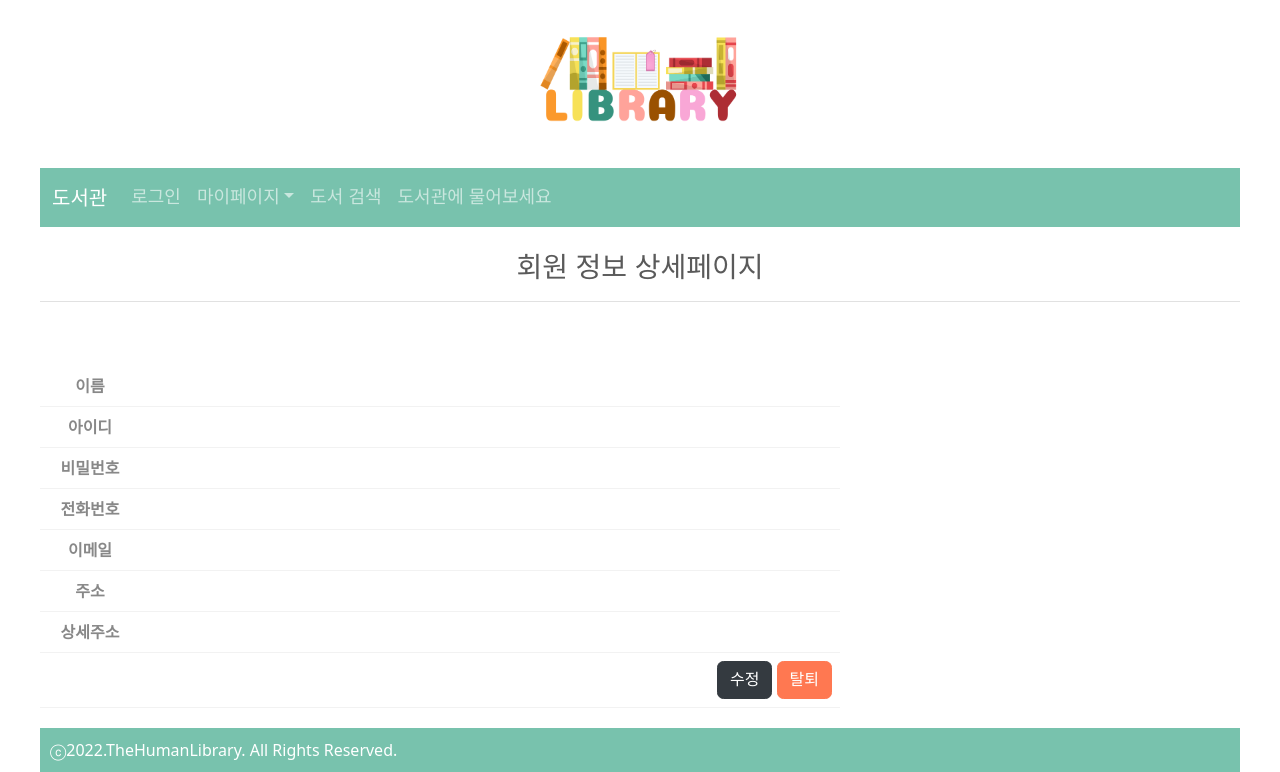
Repository: ahnbin00/Library
Page: http://localhost/BookRental/WEB-INF/book/manageMember.jsp
These files come from the project's save history. The page is drawn as it stood at one moment and after the next save; the edit follows.
The browser window is 1280 px wide. The pictures show the whole page.
Some web fonts or font styles are not loaded; a fallback is used. Some web libraries are served in a nearby version. The page is served by Tomcat 9. Nobody is signed in. Other server files are loaded and not shown. The template is opened directly, without the code that normally fills it, so the values that code supplies are empty.

Above is the page before, as saved 2022-12-22 07:39:12.

### BookRental/src/main/webapp/WEB-INF/book/manageMember.jsp
<%@ page language="java" contentType="text/html; charset=UTF-8"
    pageEncoding="UTF-8"%>
<!DOCTYPE html>
<html>
<head>
<meta charset="UTF-8">
<link rel="stylesheet"
   href="resources/bootstrap.css">
   <link rel="stylesheet" href="https://cdn.jsdelivr.net/npm/bootstrap-icons@1.7.1/font/bootstrap-icons.css">
<title>회원 정보 상세페이지</title>

<style type="text/css">
@import url('https://fonts.googleapis.com/css2?family=Jua&display=swap');
body
{
  margin: 0 auto;
  width: 300px;
}
</style>
</head>
<body style="width:1200px; text-align:center; margin: 0 auto;" >
	   <header>
      <h1 style="text-align: center; padding-top: 30px; padding-bottom: 30px;"><img alt="로고" src="resources/logo.png" width="200px" height="100px"></h1>
   </header>
   <nav>
   <%@ include file="/WEB-INF/book/banner.jsp" %>
   </nav>
   <br>
	<h3>회원 정보 상세페이지</h3>
	<hr>
	<div align="left">
		<br><br>
	</div>
	<table class="table" style="width: 800px;align-content: center;">
		<tr>
			<th scope="row" width="100px">이름</th>
			<td>${member.name} </td>
		</tr>
		<tr>
	      	<th scope="row">아이디</th>
	      	<td>${member.id }</td>
    	</tr>
    	<tr>
	      	<th scope="row">비밀번호</th>
	      	<td>${member.password }</td>
    	</tr>
    	<tr>
    		<th scope="row">전화번호</th>
	      	<td>${member.phone }</td>
    	</tr>
    	<tr>
    		<th scope="row">이메일</th>
	      	<td>${member.mail }</td>
    	</tr>
    	<tr>
    		<th scope="row">주소</th>
	      	<td>${member.address2 }</td>
    	</tr>
    	<tr>
    		<th scope="row">상세주소</th>
	      	<td>${member.address_detail }</td>
    	</tr>
    	<tr>
    		<th></th>
    		<td align="right">
    			<button type="button" class="btn btn-dark" onclick="location.href='getMemberManage.do?id=${member.id }'">수정</button>
	    		<button type="button" class="btn btn-danger" onclick="location.href='deleteMemberManage.do?id=${member.id }'">탈퇴</button>
	    	</td>
    	</tr>
	</table>
	</div>

	<%@ include file="/WEB-INF/book/footer.jsp" %>
</body>
</html>

### BookRental/src/main/webapp/WEB-INF/book/banner.jsp
<%@ page language="java" contentType="text/html; charset=UTF-8"
   pageEncoding="UTF-8"%>
<%@ taglib prefix="c" uri="http://java.sun.com/jsp/jstl/core" %>
<!DOCTYPE html>
<html>
<head>
<meta charset="UTF-8">
<link rel="stylesheet"
   href="../resources/bootstrap.css">
   <script src="https://cdn.jsdelivr.net/npm/bootstrap@5.2.2/dist/js/bootstrap.bundle.min.js" integrity="sha384-OERcA2EqjJCMA+/3y+gxIOqMEjwtxJY7qPCqsdltbNJuaOe923+mo//f6V8Qbsw3" crossorigin="anonymous"></script>
<title>상단 메인 배너</title>
<style type="text/css">
@import url('https://fonts.googleapis.com/css2?family=Jua&display=swap');
body ul, a{
font-family: 'Jua', sans-serif;
}
</style>
</head>
<body style="width:1200px;">
<nav class="navbar navbar-expand-lg navbar-dark bg-primary">
  <div class="container-fluid">
    <a class="navbar-brand" href="index.do">도서관</a>
    <button class="navbar-toggler" type="button" data-bs-toggle="collapse" data-bs-target="#navbarColor01" aria-controls="navbarColor01" aria-expanded="false" aria-label="Toggle navigation">
      <span class="navbar-toggler-icon"></span>
    </button>
    <div class="collapse navbar-collapse" id="navbarColor01">
      <ul class="navbar-nav me-auto">
        <li class="nav-item">
        <c:choose>
         <c:when test="${empty id }">
            <a class="nav-link" href="login.do" style="font-size:18px">로그인
            <span class="visually-hidden">(current)</span>
             </a>
         </c:when>
         <c:otherwise>
             <a class="nav-link" href="logout.do" style="font-size:18px">로그아웃
             <span class="visually-hidden">(current)</span>
             </a>
         </c:otherwise>
         </c:choose>
         <c:if test="${id eq 'admin' }">
        	<li class="nav-item">
			<a class="nav-link" href="getMemberList.do">회원 관리</a>
			</li>
			<li class="nav-item">
			<a class="nav-link" href="getBookListManage.do">도서 관리</a>
			</li>
			<li class="nav-item">
			<a class="nav-link" href="getRentalList.do">대여 현황</a>
			</li>
			<li class="nav-item">
			<a class="nav-link" href="getQnaListManage.do">도서관에 물어보세요</a>
			</li>
         </c:if>
        </li>
        <c:if test="${id ne 'admin' }">
        <li class="nav-item dropdown">
          <a class="nav-link dropdown-toggle" data-bs-toggle="dropdown" role="button" aria-haspopup="true" aria-expanded="false" style="font-size:18px">마이페이지</a>
          <div class="dropdown-menu">
             <c:choose>
             <c:when test="${empty id }">
             <a class="dropdown-item" href="login.do" style="font-size:18px">회원정보수정</a>
            <a class="dropdown-item" href="login.do" style="font-size:18px">회원대출정보</a>
             </c:when>
             <c:otherwise>
             <a class="dropdown-item" href="getMember.do?id=${id}" style="font-size:18px">회원정보수정</a>
            <a class="dropdown-item" href="memberRental.do?id=${id}" style="font-size:18px">회원대출정보</a>
             </c:otherwise>
             </c:choose>
          </div>
        </li>
        <li class="nav-item">
          <a class="nav-link" href="getBookList.do" style="font-size:18px">도서 검색</a>
        </li>
        <li class="nav-item">
          <a class="nav-link" href="getQnaList.do" style="font-size:18px">도서관에 물어보세요</a>
        </li>
      </ul>
      </c:if>
<!--       <form class="d-flex"> -->
<!--         <input class="form-control me-sm-2" type="text" placeholder="Search"> -->
<!--         <button class="btn btn-secondary my-2 my-sm-0" type="submit">Search</button> -->
<!--       </form> -->
    </div>
  </div>
</nav>

</body>
</html>

### BookRental/src/main/webapp/WEB-INF/book/footer.jsp
<%@ page language="java" contentType="text/html; charset=UTF-8"
    pageEncoding="UTF-8"%>
<!DOCTYPE html>
<html>
<head>
<meta charset="UTF-8">
<title>Insert title here</title>
<style type="text/css">
footer{
margin-top: 20px;
padding: 10px;
width: 1200px;
background-color: #78c2ad;
text-align: left;
color: white;
}
</style>
</head>
<body>

   <footer>
		ⓒ2022.TheHumanLibrary. All Rights Reserved.
   </footer>

</body>
</html>

Loaded but not shown: BookRental/src/main/webapp/resources/bootstrap.css (library)

After the next save:
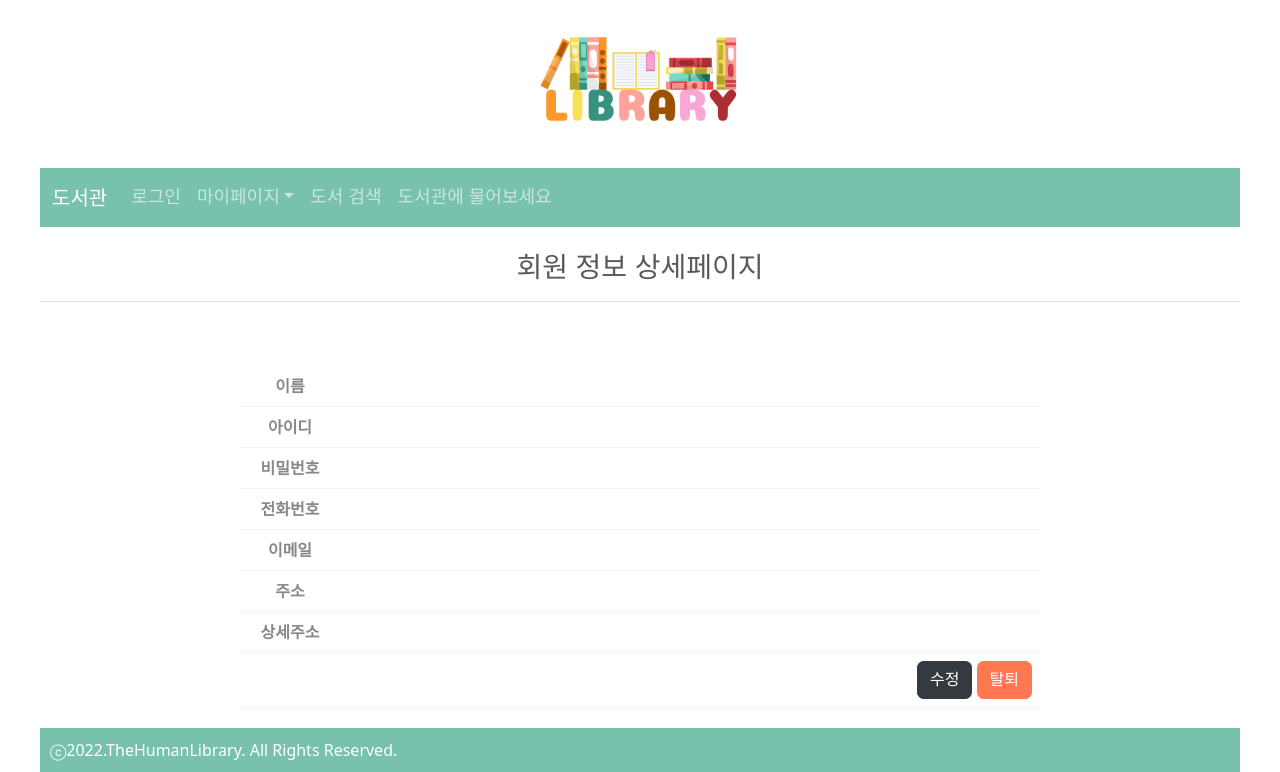
Saved 16 s later.
--- a/BookRental/src/main/webapp/WEB-INF/book/manageMember.jsp
+++ b/BookRental/src/main/webapp/WEB-INF/book/manageMember.jsp
@@ -31,7 +31,7 @@ body
 	<div align="left">
 		<br><br>
 	</div>
-	<table class="table" style="width: 800px;align-content: center;">
+	<table class="table" style="width: 800px;margin: 0 auto">
 		<tr>
 			<th scope="row" width="100px">이름</th>
 			<td>${member.name} </td>
